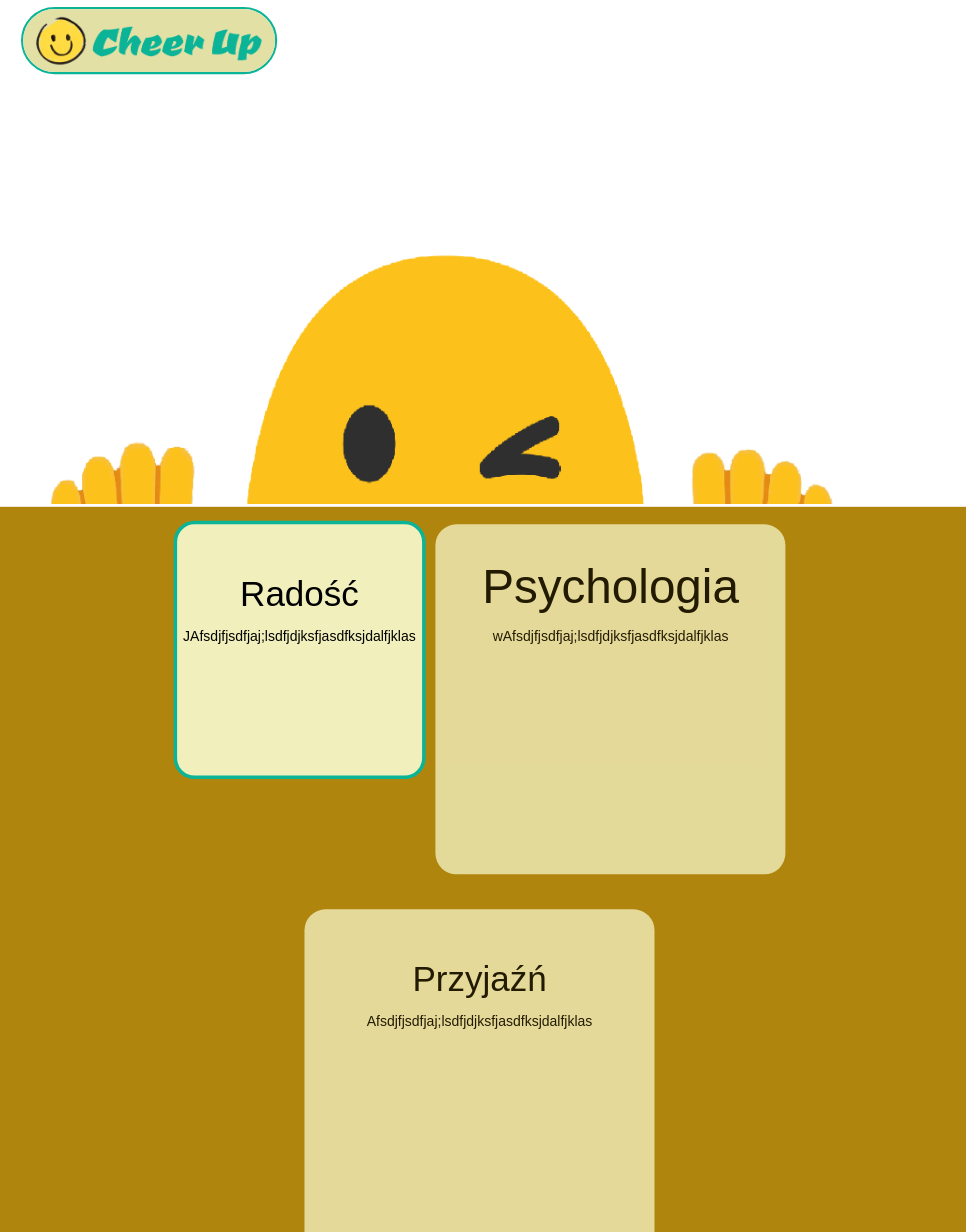
Repository: addstaw/moja-strona
Page: index.html
The author's editor kept a copy of each file at every save. The page is drawn from the files as they stood at one save, then again after the next save.
The browser window is 1280 px wide. The page is 1380 px wide, so the pictures cover 1380 px, including what lies to the right of the window. The pictures show the part of the page from y = 0 to 1760 px (the page is 2824 px tall), at 70% of full size.
The pointer rests on the first visible `#introduce`.
Some web fonts or font styles are not loaded; a fallback is used.

Above is the page before, as saved 2020-05-11 10:17:48.

### index.html
<!DOCTYPE html>
<html lang="pl">
    <head>
        <meta charset="utf-8"/>
        <title> Cheer Up</title>
        <link rel="shortcut icon" href="png/logo1.png" type="image/x-icon" />
        <meta name="description" content="Uśmiech to coś więcej niż prosty wyraz emocji. To nasza dusza wypuszczona na zewnątrz."/>
        <meta name="keywords" content="uśmiech, szczęście"/>
        <meta http-equiv="X-UA-Compatible" content="IE=edge, chrome=1"/>
        <link rel="stylesheet" href="css/style6.css" type="text/css"/>
        <link href="https://fonts.googleapis.com/css2?family=Ceviche+One&display=swap" rel="stylesheet">

    </head>
    <body>
        <div id="maincontainer">
            <herder>
                <div id="header">
                    <nav>
                        <span><img id="logo" src="png/header.png" width=360" height="90"/></span>
                    </nav>
                </div>
            </header>

            <div id="pause">

            </div>
            <section>
                <img id="emoticon" src="png/page4.png" width=100%" />
            </section>
        </div>
    <article>
        <div class="content">
            <div id="container">
                <div id="introduce">
                    <header><div class="headerIntroduce">Radość</div></header>
                    <article><div class="contentIntroduce">
                    JAfsdjfjsdfjaj;lsdfjdjksfjasdfksjdalfjklas
                    </div></article>
                </div>
                <div id="introduce">
                    <header><div class="headerIntroduce" id="mainHeaderIntroduce">Psychologia</div></header>
                    <article><div class="contentIntroduce">
                        wAfsdjfjsdfjaj;lsdfjdjksfjasdfksjdalfjklas
                    </div></article>
                </div>
                <div id="introduce">
                    <header><div class="headerIntroduce">Przyjaźń</div></header>
                    <article><div class="contentIntroduce">
                        Afsdjfjsdfjaj;lsdfjdjksfjasdfksjdalfjklas
                    </div></article>
                </div>
            </div>
        </div>
    </article>
    <section>
        <div id="white">

        </div>
    </section>
    <footer>
        <div id="footer">

        </div>
    </footer>
    </body>
</html>

### css/style6.css
*{
    margin: 0px;
    font-family: sans-serif;
}
/*maincontaine*/
    #maincontainer{
        text-align: center;
    }
    #header{
        margin-right: 1500px;
    }
    #pause{
        /*height: calc(103vh - 80vw); first version*/
        height: calc(100vh - 110px - 100vw * (536/1919));
    }
    #logo{
        border-radius: 75px;
        border: 3px solid #0bb397;
        margin-left: 30px;
        margin-top: 10px;
        position: relative;

    }
/*Introduce*/
    .content{
        background-color: #b0850e;
        width: 100%;
        text-align: center;
        padding-left: 50px;
        padding-right: 50px;
    }
        .headerIntroduce{
            font-size: 50px;
            margin-top: 50px;
            margin-bottom: 20px;
            padding-top: 20px;
        }
            #mainHeaderIntroduce{
                font-size: 68px;
                padding-top: 0;
             }
        .contentIntroduce{
            font-size: 20px;
        }

    #introduce{
        width: 500px;
        height: 500px;
        background-color: #f1efbb;
        margin-top: 25px;
        margin-bottom: 25px;
        margin-right: 10px;
        display: inline-block;
        border-radius: 30px;
        opacity: 80%;
    }
    #introduce:hover{
        width: calc(50vh - 10px);
        height: calc(50vh - 1px);
        background-color: #f1efbb;/*#e3e0a6;*/
        margin-top: 20px;
        margin-bottom: 20px;
        margin-right: 10px;
        display: inline-block;
        border-radius: 30px;
        border: solid 5px #0bb397;
        opacity: 100%;
        transition: 0.25s;
    }
#white{
    height: 500px;
    background-color: #fff;
}
#footer{
    height: 500px;
    background-color: #0bb397;
}

After the next save:
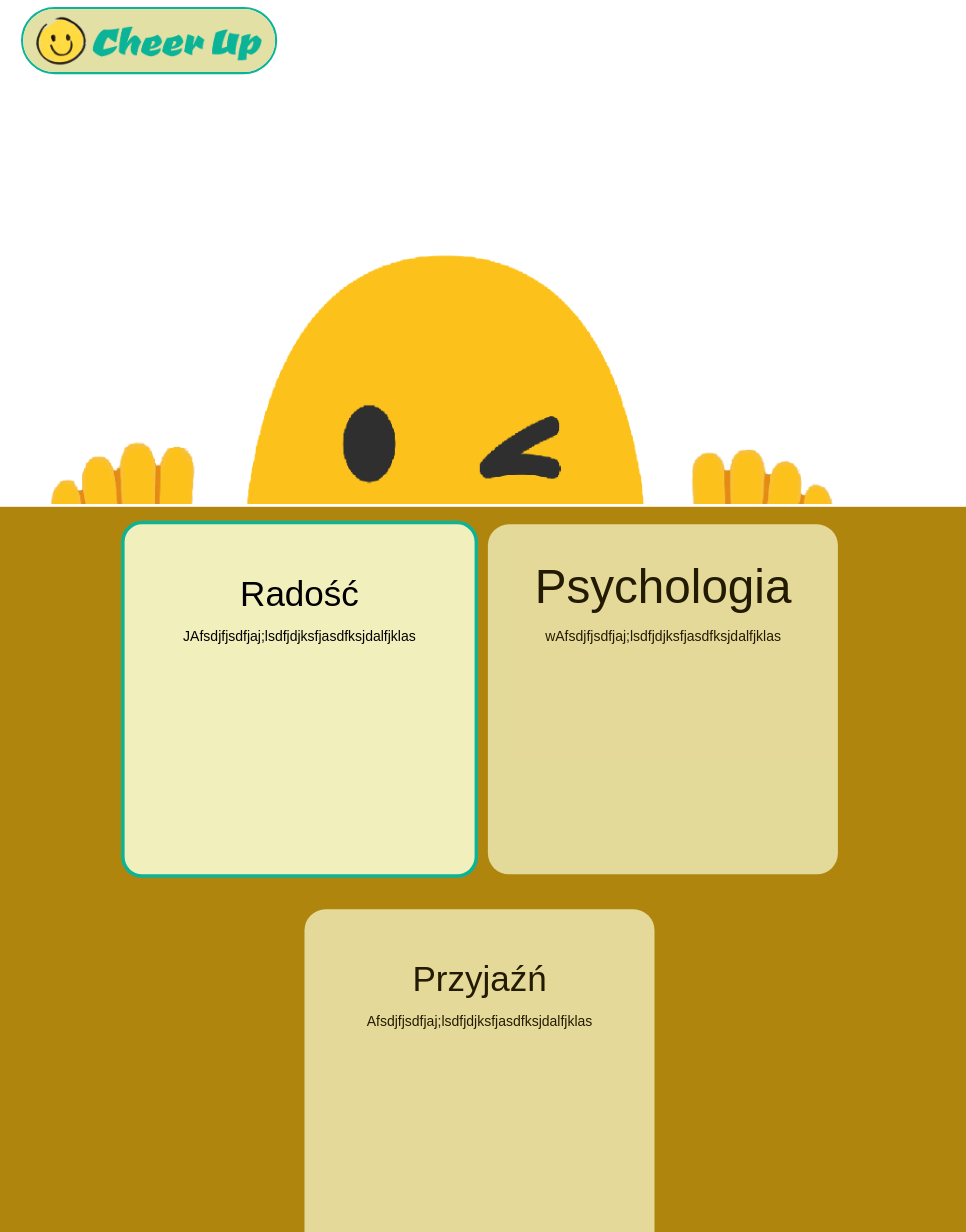
Saved 32 s later.
--- a/css/style6.css
+++ b/css/style6.css
@@ -55,8 +55,8 @@
         opacity: 80%;
     }
     #introduce:hover{
-        width: calc(50vh - 10px);
-        height: calc(50vh - 1px);
+        width: 500px;
+        height: 500px;
         background-color: #f1efbb;/*#e3e0a6;*/
         margin-top: 20px;
         margin-bottom: 20px;
